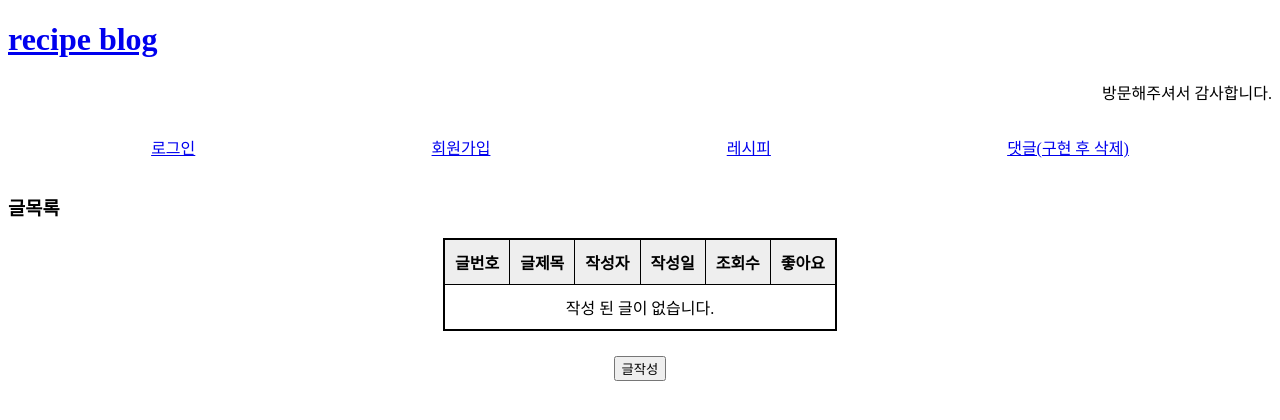
Repository: jeong-hyeran/recipe
Page: http://localhost/recipe/WEB-INF/views/board/list.jsp
The author's editor kept a copy of each file at every save. The page is drawn from the files as they stood at one save, then again after the next save.
The browser window is 1280 px wide. The pictures show the whole page.
The page is served by Tomcat 9. Nobody is signed in. The template is opened directly, without the code that normally fills it, so the values that code supplies are empty.

Above is the page before, as saved 2023-09-27 05:33:34.

After the next save:
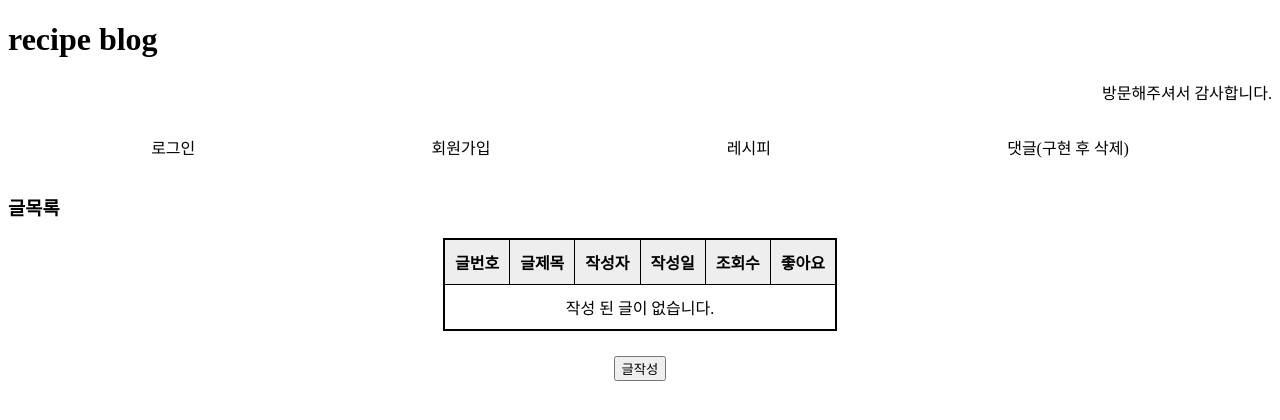
Saved 22 s later.
--- a/recipe_project/recipe/src/main/webapp/WEB-INF/views/header.jsp
+++ b/recipe_project/recipe/src/main/webapp/WEB-INF/views/header.jsp
@@ -58,6 +58,9 @@
 		margin: 5px;
 		padding: 5px;
 	}
+	a{
+		all : unset;
+	}
 </style>
 </head>
 <body>
